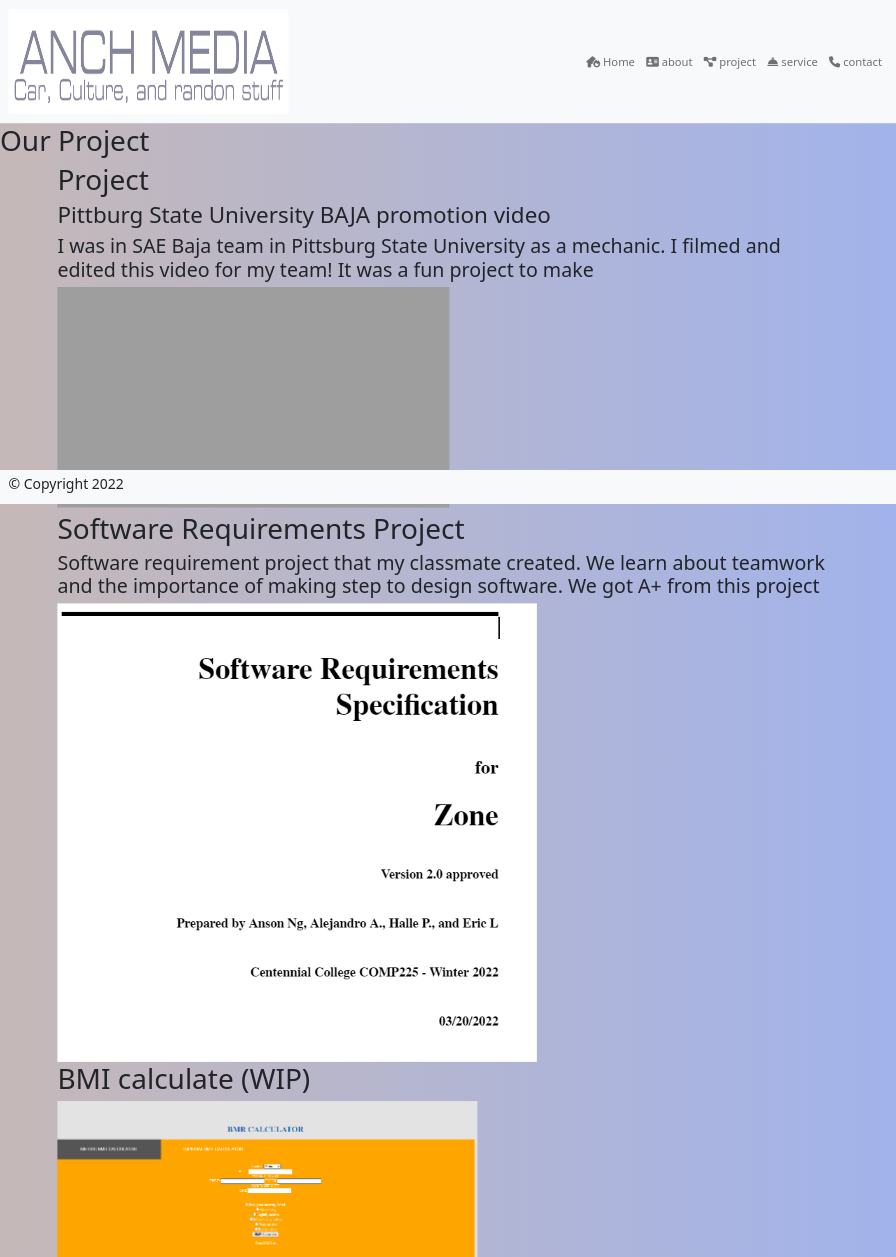
Repository: justhumanmaybe/assignment2
Page: http://localhost/project
An editor plug-in stored every save of this project. The page is shown before and after the next save, followed by the edit.
The browser window is 1280 px wide. The pictures show the whole page, at 70% of full size.
Pictures or frames that could not be fetched are drawn as grey boxes. The page is served by the project's Node server (server.js).

Above is the page before, as saved 2022-06-20 01:37:41.

After the next save:
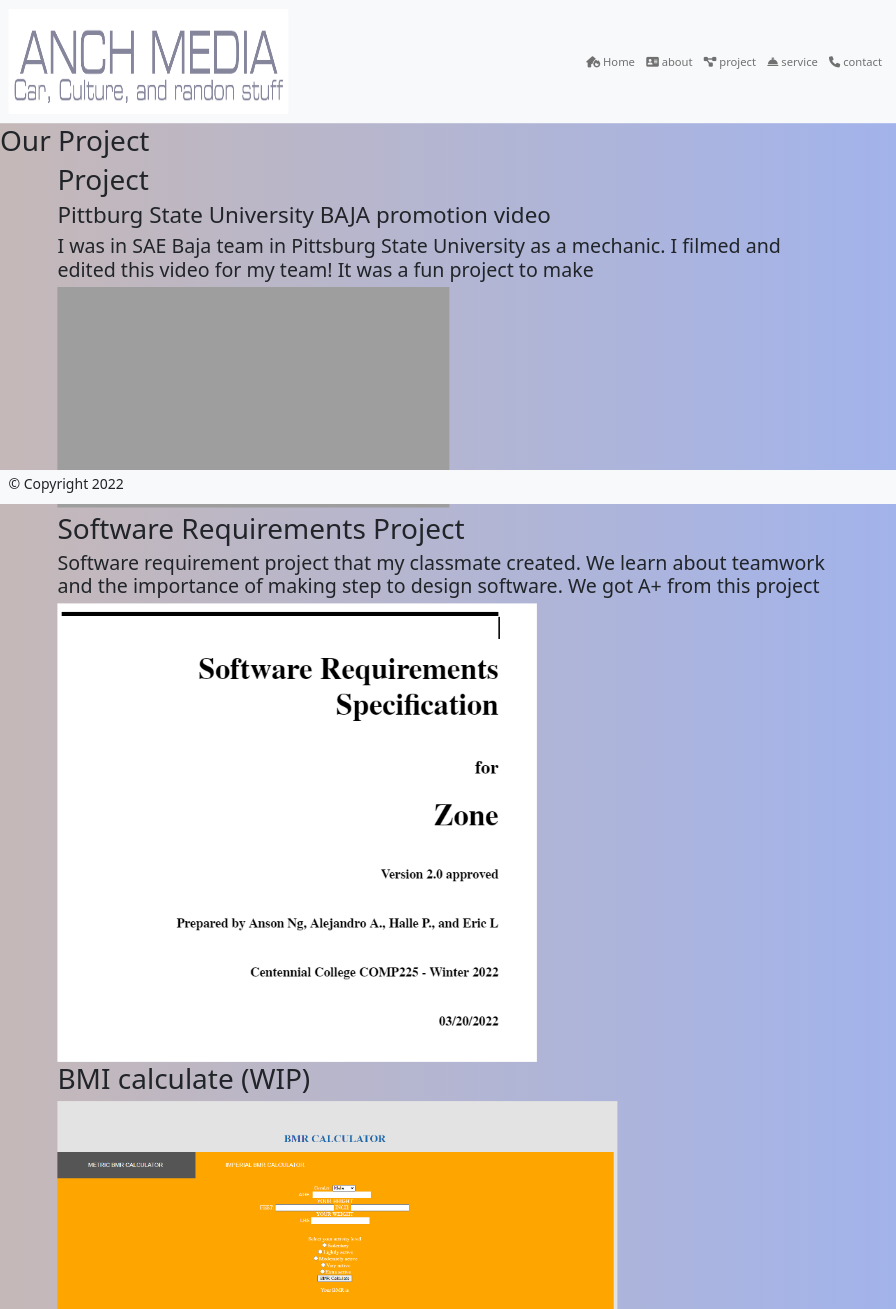
Saved 16 s later.
--- a/Server/Views/content/project.ejs
+++ b/Server/Views/content/project.ejs
@@ -7,5 +7,5 @@
     <h3>Software requirement project that my classmate created. We learn about teamwork and the importance of making step to design software. We got A+ from this project</h3>
     <img src="./Assets/images/SFRproject.png">
     <h1>BMI calculate (WIP)</h1>
-    <img src="./Assets/images/BMIProject.png" width="600">
+    <img src="./Assets/images/BMIProject.png" width="800">
 </div>
